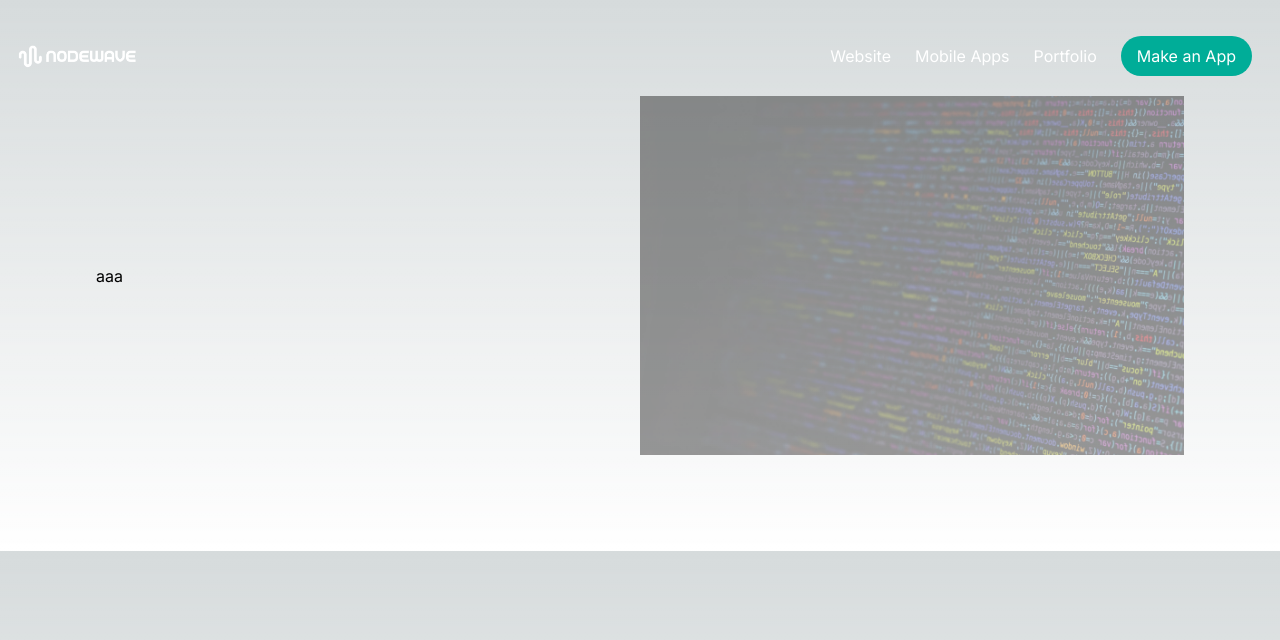
Repository: farrelmuhammad/nodewave
Page: /
These files come from the project's save history. The page is drawn as it stood at one moment and after the next save; the edit follows.
The browser window is 1280 px wide. The pictures show the whole page.
The project was rebuilt for these pictures with package versions that can differ from the ones it lists, and the page was loaded fresh each time. The framework's server and built-in components were replaced by stand-ins that run in the browser. Also part of the build but not shown: next.config.js.

Above is the page before, as saved 2023-09-08 13:06:06.

### src/app/page.js
import Hero from '@/components/Hero'
import Navbar from '@/components/Navbar'

export default function Home() {
  return (
    <>
      <Navbar />
      <Hero />
    </>
  )
}

### src/app/globals.css
@tailwind base;
@tailwind components;
@tailwind utilities;

@import url('https://fonts.googleapis.com/css2?family=Poppins:wght@300;400;500;600;700&display=swap');

:root {
  --foreground-rgb: 0, 0, 0;
  --background-start-rgb: 214, 219, 220;
  --background-end-rgb: 255, 255, 255;
  font-family: 'Poppins', sans-serif;
}

@media (prefers-color-scheme: dark) {
  :root {
    --foreground-rgb: 255, 255, 255;
    --background-start-rgb: 0, 0, 0;
    --background-end-rgb: 0, 0, 0;
  }
}

body {
  color: rgb(var(--foreground-rgb));
  background: linear-gradient(
      to bottom,
      transparent,
      rgb(var(--background-end-rgb))
    )
    rgb(var(--background-start-rgb));
}

@media only screen and (max-width: 768px) {
  .hero .hero-image,
  .hero .hero-caption {
    min-height: 90vh;
  }
  .hero .hero-cta {
    @apply w-12 h-12;
    transform: translateX(-75px) translateY(-50%);
    background-size: 37.5%;
  }
}

### src/components/Hero.jsx
import React from "react";
import Image from "next/image";

const Hero = () => {
  return (
    <main className="flex h-full items-center justify-between p-24 hero">
      <div className="w-1/2">aaa</div>
      <div className="w-1/2">
        <div class="relative hero-image">
          <div class="overlay inset-0 bg-black opacity-35 z-10"></div>
          <img
            src="/assets/background.png"
            alt="hero 1"
            class="absolute inset-0 md:relative w-full h-full object-cover object-center"
          />
        </div>
      </div>
    </main>
  );
};

export default Hero;

### src/components/Navbar.jsx
import React from "react";
import Image from "next/image";

const Navbar = () => {
  return (
    <header class="absolute w-full z-50 px-4">
      <div class="container mx-auto py-5">
        <div class="flex flex-stretch items-center">
          <div class="w-56 items-center flex">
            <Image src="/assets/Logo.png" width={226} height={100} alt="Logo" />
          </div>
          <div class="w-full"></div>
          <div class="w-auto py-4">
            <ul
              class="fixed bg-white inset-0 flex flex-col invisible items-center justify-center opacity-0 md:visible md:flex-row md:bg-transparent md:relative md:opacity-100 md:flex md:items-center"
              id="menu"
            >
              <li class="mx-3 py-6 md:py-0">
                <a href="#" class="text-black md:text-white hover:underline">
                  Website
                </a>
              </li>
              <li class="mx-3 py-6 md:py-0">
                <a
                  href="#"
                  class="text-black md:text-white hover:underline whitespace-nowrap overflow-ellipsis"
                >
                  Mobile Apps
                </a>
              </li>
              <li class="mx-3 py-6 md:py-0">
                <a href="#" class="text-black md:text-white hover:underline">
                  Portfolio
                </a>
              </li>
              <li class="mx-3 py-6 md:py-0">
                <button class="px-4 py-2 bg-[#00AD98] rounded-full">
                  <a
                    href="#"
                    class="text-black md:text-white hover:underline whitespace-nowrap overflow-ellipsis"
                  >
                    Make an App
                  </a>
                </button>
              </li>
            </ul>
          </div>
          <div class="w-auto">
            <ul class="items-center flex">
              <li class="ml-6 block md:hidden">
                <button
                  id="menu-toggler"
                  class="relative flex z-50 items-center justify-center w-8 h-8 text-black md:text-white focus:outline-none"
                >
                  <svg
                    class="fill-current"
                    width="18"
                    height="17"
                    viewBox="0 0 18 17"
                  >
                    <path d="M15.9773 0.461304H1.04219C0.466585 0.461304 0 0.790267 0 1.19609C0 1.60192 0.466668 1.93088 1.04219 1.93088H15.9773C16.5529 1.93088 17.0195 1.60192 17.0195 1.19609C17.0195 0.790208 16.5529 0.461304 15.9773 0.461304Z" />
                    <path d="M15.9773 7.68802H1.04219C0.466585 7.68802 0 8.01698 0 8.42281C0 8.82864 0.466668 9.1576 1.04219 9.1576H15.9773C16.5529 9.1576 17.0195 8.82864 17.0195 8.42281C17.0195 8.01692 16.5529 7.68802 15.9773 7.68802Z" />
                    <path d="M15.9773 14.9147H1.04219C0.466585 14.9147 0 15.2437 0 15.6495C0 16.0553 0.466668 16.3843 1.04219 16.3843H15.9773C16.5529 16.3843 17.0195 16.0553 17.0195 15.6495C17.0195 15.2436 16.5529 14.9147 15.9773 14.9147Z" />
                  </svg>
                </button>
              </li>
            </ul>
          </div>
        </div>
      </div>
    </header>
  );
};

export default Navbar;

Loaded but not shown: src/app/layout.js (common file); tailwind.config.js (common file)

After the next save:
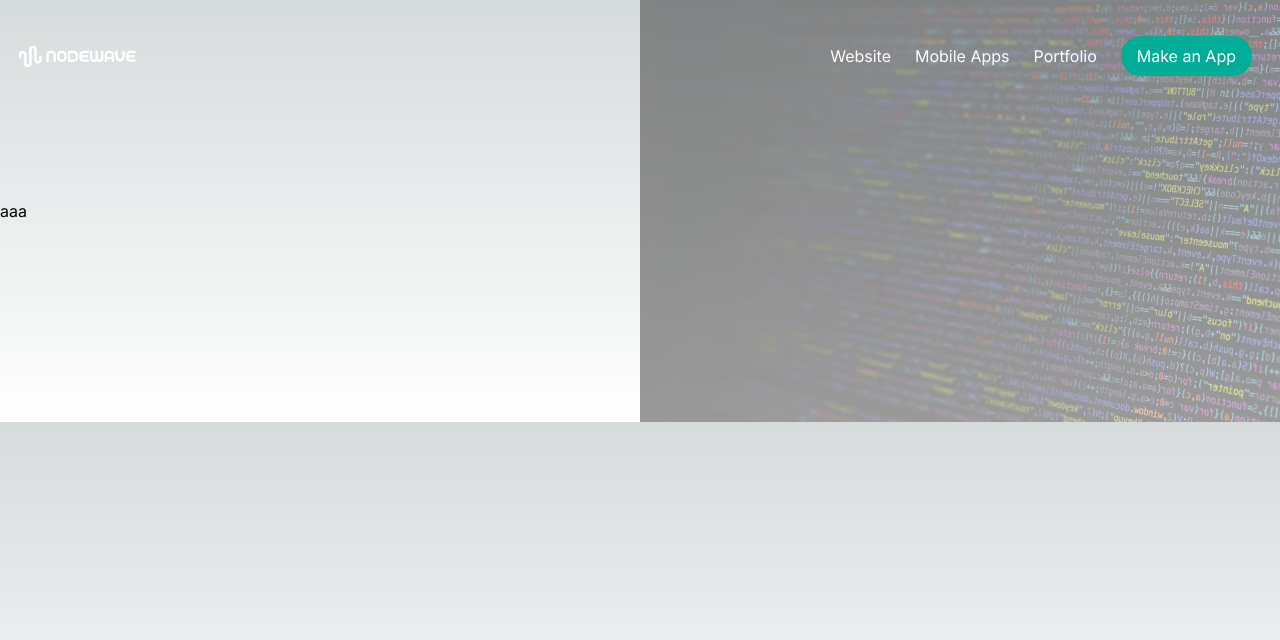
Saved 8 s later.
--- a/src/components/Hero.jsx
+++ b/src/components/Hero.jsx
@@ -3,7 +3,7 @@
 
 const Hero = () => {
   return (
-    <main className="flex h-full items-center justify-between p-24 hero">
+    <main className="flex items-center w-full hero">
       <div className="w-1/2">aaa</div>
       <div className="w-1/2">
         <div class="relative hero-image">
